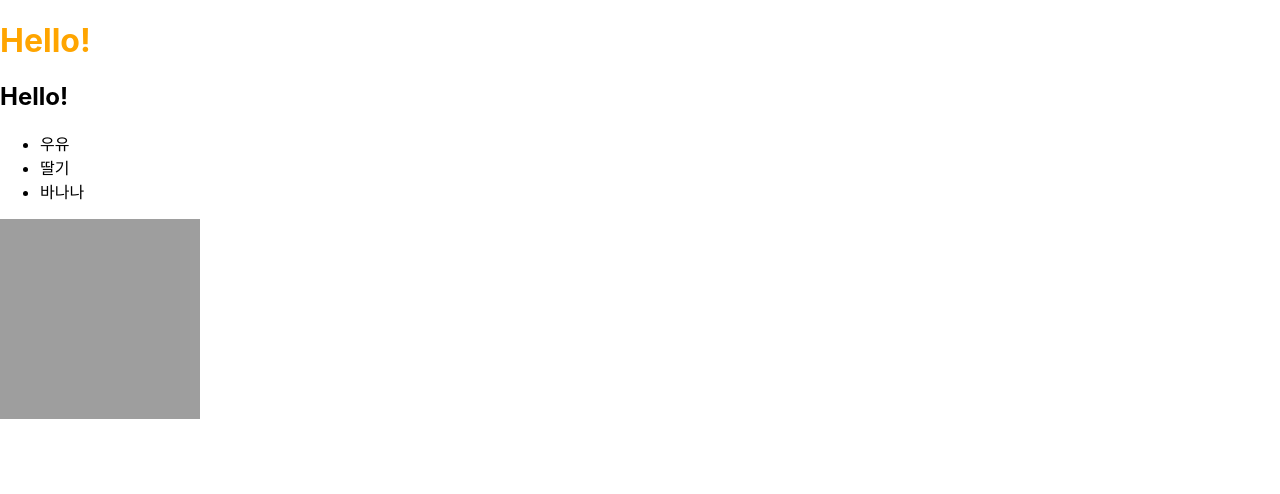
Repository: Yugayoung/css-example
Page: / (app in react/basic/)
The author's editor kept a copy of each file at every save. The page is drawn from the files as they stood at one save, then again after the next save.
The browser window is 1280 px wide. The pictures show the whole page.
Pictures or frames that could not be fetched are drawn as grey boxes. The project was rebuilt for these pictures with package versions that can differ from the ones it lists, and the page was loaded fresh each time.

Above is the page before, as saved 2023-12-15 16:05:26.

### react/basic/src/App.js
import logo from './logo.svg';
import './App.css';

function App() {
  return (
    <>
      <h1 className='orange'>Hello!</h1>
      <h2>Hello!</h2>
      <ul>
        <li>우유</li>
        <li>딸기</li>
        <li>바나나</li>
      </ul>
      <img
        style={{ width: '200px', height: '200px' }}
        src='https://search.pstatic.net/common/?src=http%3A%2F%2Fblogfiles.naver.net%2FMjAyMzEwMTFfMzkg%2FMDAxNjk2OTg5MDQxOTM0.bm48w1EbJZJxouxDTLgUbZoIvKCiryVpZx7M-ZRViWYg.t5SgwAPVbcjEcNd28Pa1p-JocilCrYOLPF4DUBhXoa8g.PNG.lxeris7%2F20231006%25A3%25DF150334%25A3%25DF0001.png&type=ff332_332'
        alt=''
      />
    </>
  );
}

export default App;

### react/basic/src/App.css
.orange {
  color: orange;
}

Loaded but not shown: react/basic/public/index.html (common file); react/basic/src/index.js (common file); react/basic/src/index.css (common file); react/basic/src/reportWebVitals.js (common file)

After the next save:
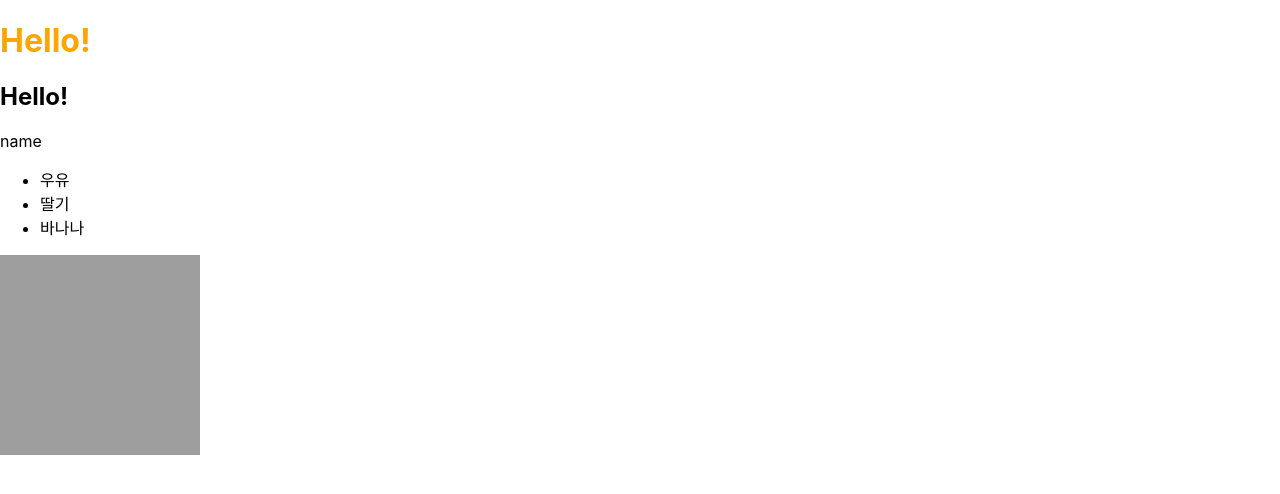
Saved 58 s later.
--- a/react/basic/src/App.js
+++ b/react/basic/src/App.js
@@ -2,10 +2,12 @@ import logo from './logo.svg';
 import './App.css';
 
 function App() {
+  const name = '엘리';
   return (
     <>
       <h1 className='orange'>Hello!</h1>
       <h2>Hello!</h2>
+      <p>name</p>
       <ul>
         <li>우유</li>
         <li>딸기</li>
